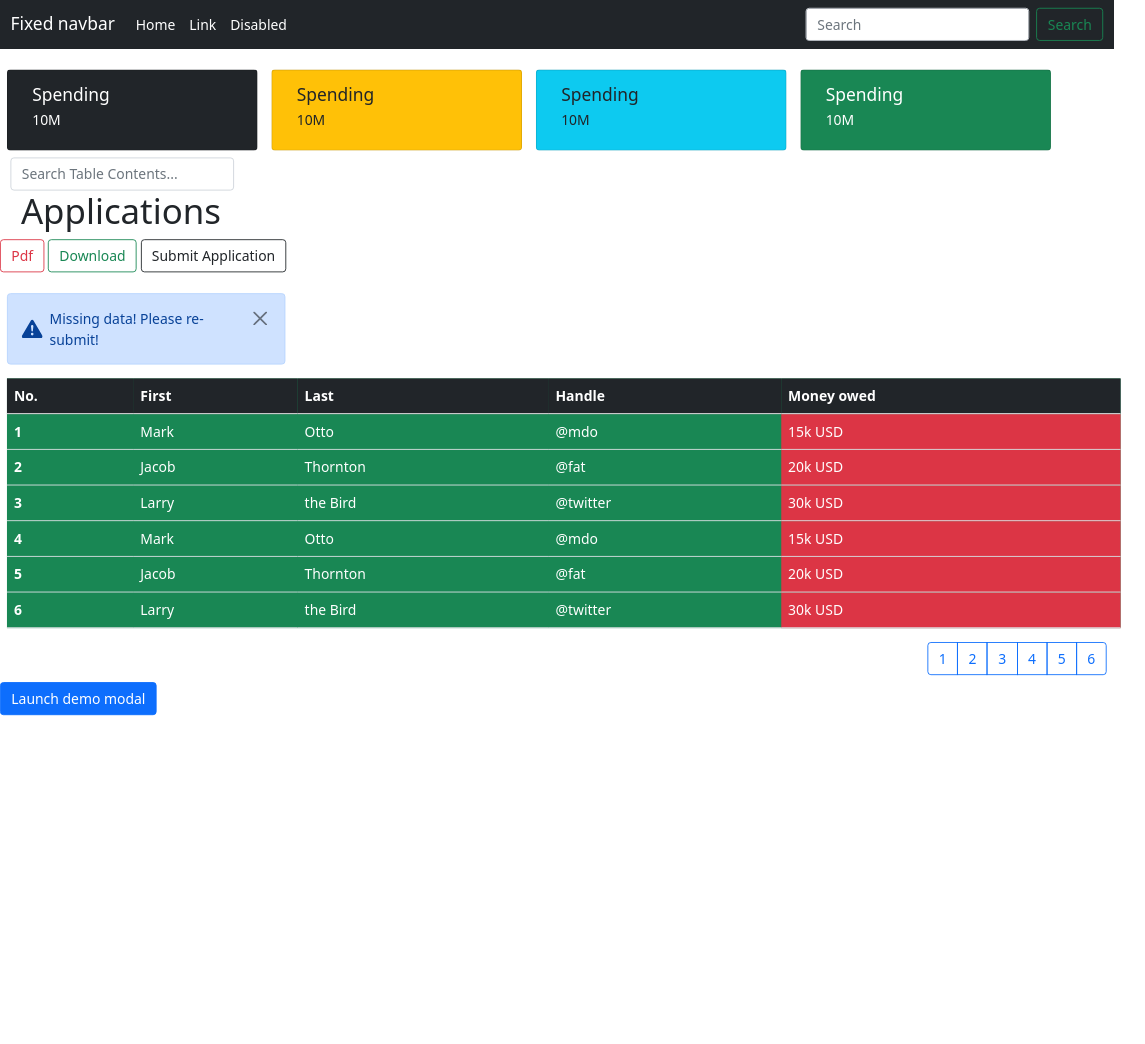
Repository: Dayvid0/BOOTSTRAP-TUTORIALS
Page: BOOTSTRAP-GRID-LAYOUTS/zylo.html
An editor plug-in stored every save of this project. The page is shown before and after the next save, followed by the edit.
The browser window is 1280 px wide. The page is 1316 px wide, so the pictures cover 1316 px, including what lies to the right of the window. The pictures show the whole page, at 87% of full size.

Above is the page before, as saved 2025-02-01 09:33:02.

### BOOTSTRAP-GRID-LAYOUTS/zylo.html
<!doctype html>
<html lang="en">
  <head>
    <!-- Required meta tags -->
    <meta charset="utf-8">
    <meta name="viewport" content="width=device-width, initial-scale=1">
    <!-- Bootstrap CSS -->
    <link href="https://cdn.jsdelivr.net/npm/bootstrap@5.0.2/dist/css/bootstrap.min.css" rel="stylesheet" integrity="sha384-EVSTQN3/azprG1Anm3QDgpJLIm9Nao0Yz1ztcQTwFspd3yD65VohhpuuCOmLASjC" crossorigin="anonymous">
    <title>ZYLO</title>
    <style>
      body {
      min-height: 75rem;
      padding-top: 4.5rem;
}
    </style>
  </head>
  <body>
    <div class="container-fluid">
      <div class="row ">
        <div class="card m-2 col-md-3 bg-dark text-white" style="width: 18rem;">
          <div class="card-body">
            <h5 class="card-title">Spending</h5>
            <h6>10M</h6>
          </div>
        </div>
        <div class="card m-2 col-md-3 bg-warning" style="width: 18rem;">
          <div class="card-body">
            <h5 class="card-title">Spending</h5>
            <h6>10M</h6>
          </div>
        </div>
        <div class="card m-2 col-md-3 bg-info" style="width: 18rem;">
          <div class="card-body">
            <h5 class="card-title">Spending</h5>
            <h6>10M</h6>
          </div>
        </div>
        <div class="card m-2 col-md-3 bg-success text-white" style="width: 18rem;">
          <div class="card-body">
            <h5 class="card-title">Spending</h5>
            <h6>10M</h6>
          </div>
        </div>
      </div>
    </div>
    <nav class="navbar navbar-expand-md navbar-dark fixed-top bg-dark">
      <div class="container-fluid">
        <a class="navbar-brand" href="#">Fixed navbar</a>
        <button class="navbar-toggler" type="button" data-bs-toggle="collapse" data-bs-target="#navbarCollapse" aria-controls="navbarCollapse" aria-expanded="false" aria-label="Toggle navigation">
          <span class="navbar-toggler-icon"></span>
        </button>
        <div class="collapse navbar-collapse" id="navbarCollapse">
          <ul class="navbar-nav me-auto mb-2 mb-md-0">
            <li class="nav-item">
              <a class="nav-link active" aria-current="page" href="#">Home</a>
            </li>
            <li class="nav-item">
              <a class="nav-link active" href="#">Link</a>
            </li>
            <li class="nav-item">
              <a class="nav-link active" href="#" tabindex="-1" aria-disabled="true">Disabled</a>
            </li>
          </ul>
          <form class="d-flex">
            <input class="form-control me-2" type="search" placeholder="Search" aria-label="Search">
            <button class="btn btn-outline-success" type="submit">Search</button>
          </form>
        </div>
      </div>
    </nav>
      <div class="row ">
        <input class="form-control  mx-4 w-auto " type="search" placeholder="Search Table Contents..." aria-label="Search">
        <h1 class="mx-4">Applications</h1>
      </div>
      <!--buttons-->
      <div class="col pb-4 " style="justify-content: end;">
        <button type="button" class="btn btn-outline-danger">Pdf</button>
        <button type="button" class="btn btn-outline-success">Download</button>
        <button type="button" class="btn btn-outline-dark">Submit Application</button>
      </div>
      <!--Alerts-->
      <div class="alert alert-primary d-flex align-items-left  w-25 mx-2" role="alert">
        <div class="d-flex align-items-center w-">
            <svg xmlns="http://www.w3.org/2000/svg" width="24" height="24" fill="currentColor" class="bi bi-exclamation-triangle-fill flex-shrink-0 me-2" viewBox="0 0 16 16" role="img" aria-label="Warning:">
                <path d="M8.982 1.566a1.13 1.13 0 0 0-1.96 0L.165 13.233c-.457.778.091 1.767.98 1.767h13.713c.889 0 1.438-.99.98-1.767L8.982 1.566zM8 5c.535 0 .954.462.9.995l-.35 3.507a.552.552 0 0 1-1.1 0L7.1 5.995A.905.905 0 0 1 8 5zm.002 6a1 1 0 1 1 0 2 1 1 0 0 1 0-2z"/>
            </svg>
            <div>
                Missing data! Please re-submit!
            </div>
        </div>
        <button type="button" class="btn-close ms-auto" data-bs-dismiss="alert" aria-label="Close"></button>
    </div>
      <!--End of alerts-->
    <table class="table table-hover mx-2 bg-success text-white">
      <thead class="bg-dark text-white">
        <tr >
          <th scope="col">No.</th>
          <th scope="col">First</th>
          <th scope="col">Last</th>
          <th scope="col">Handle</th>
          <th scope="col">Money owed</th>
        </tr>
      </thead>
      <tbody>
        <tr>
          <th scope="row">1</th>
          <td>Mark</td>
          <td>Otto</td>
          <td>@mdo</td>
          <td class="bg-danger">15k USD</td>
        </tr>
        <tr>
          <th scope="row">2</th>
          <td>Jacob</td>
          <td>Thornton</td>
          <td>@fat</td>
          <td class="bg-danger">20k USD</td>
        </tr>
        <tr>
          <th scope="row">3</th>
          <td >Larry </td>
          <td>the Bird</td>
          <td>@twitter</td>
          <td class="bg-danger">30k USD</td>
        </tr>
        <tr>
          <th scope="row">4</th>
          <td>Mark</td>
          <td>Otto</td>
          <td>@mdo</td>
          <td class="bg-danger">15k USD</td>
        </tr>
        <tr>
          <th scope="row">5</th>
          <td>Jacob</td>
          <td>Thornton</td>
          <td>@fat</td>
          <td class="bg-danger">20k USD</td>
        </tr>
        <tr>
          <th scope="row">6</th>
          <td>Larry </td>
          <td>the Bird</td>
          <td>@twitter</td>
          <td class="bg-danger">30k USD</td>
        </tr>
      </tbody>
    </table>
    <div class="d-flex justify-content-end m-2">
    <div class="btn-group" role="group" aria-label="Basic example">
      <button type="button" class="btn btn-outline-primary">1</button>
      <button type="button" class="btn btn-outline-primary ">2</button>
      <button type="button" class="btn btn-outline-primary">3</button>
      <button type="button" class="btn btn-outline-primary">4</button>
      <button type="button" class="btn btn-outline-primary ">5</button>
      <button type="button" class="btn btn-outline-primary">6</button>
    </div>
  </div>
  <!-- Button trigger modal -->
<button type="button" class="btn btn-primary" data-bs-toggle="modal" data-bs-target="#exampleModal">
  Launch demo modal
</button>
<!-- Modal -->
<div class="modal fade" id="exampleModal" tabindex="-1" aria-labelledby="exampleModalLabel" aria-hidden="true">
  <div class="modal-dialog">
    <div class="modal-content">
      <div class="modal-header">
        <h5 class="modal-title" id="exampleModalLabel">Modal title</h5>
        <button type="button" class="btn-close" data-bs-dismiss="modal" aria-label="Close"></button>
      </div>
      <div class="modal-body">
        ...
      </div>
      <div class="modal-footer">
        <button type="button" class="btn btn-secondary" data-bs-dismiss="modal">Close</button>
        <button type="button" class="btn btn-primary">Save changes</button>
      </div>
    </div>
  </div>
</div>
    <script src="https://cdn.jsdelivr.net/npm/bootstrap@5.0.2/dist/js/bootstrap.bundle.min.js" integrity="sha384-MrcW6ZMFYlzcLA8Nl+NtUVF0sA7MsXsP1UyJoMp4YLEuNSfAP+JcXn/tWtIaxVXM" crossorigin="anonymous"></script>
  </body>
</html>

After the next save:
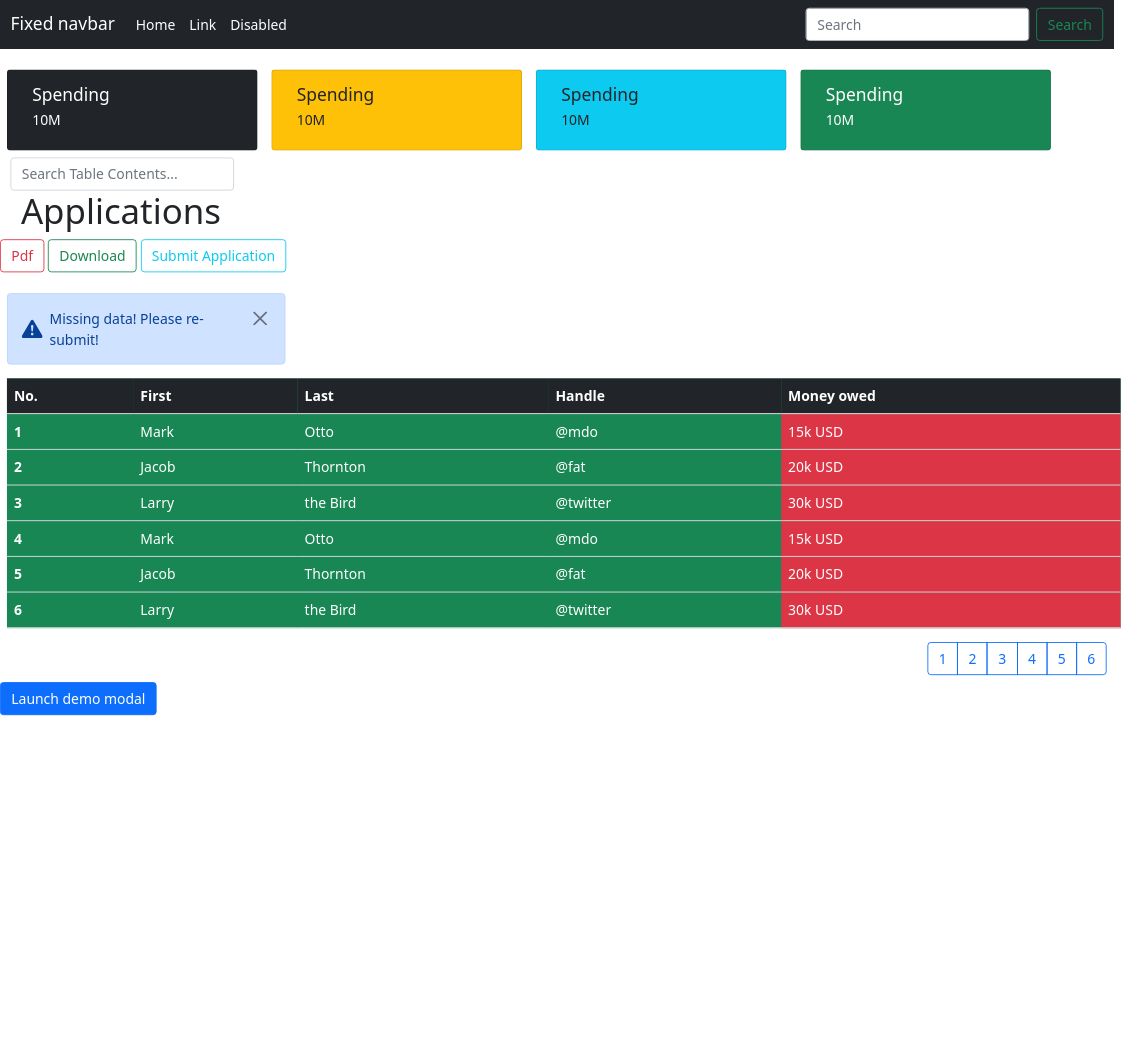
Saved 12 s later.
--- a/BOOTSTRAP-GRID-LAYOUTS/zylo.html
+++ b/BOOTSTRAP-GRID-LAYOUTS/zylo.html
@@ -76,7 +76,7 @@
       <div class="col pb-4 " style="justify-content: end;">
         <button type="button" class="btn btn-outline-danger">Pdf</button>
         <button type="button" class="btn btn-outline-success">Download</button>
-        <button type="button" class="btn btn-outline-dark">Submit Application</button>
+        <button type="button" class="btn btn-outline-info">Submit Application</button>
       </div>
       <!--Alerts-->
       <div class="alert alert-primary d-flex align-items-left  w-25 mx-2" role="alert">
